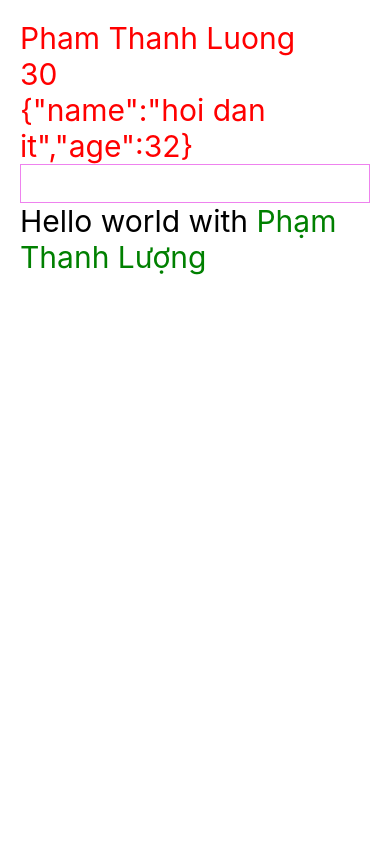
Repository: LuongPTCE181311/React-Native-Ultimate
Screen: /
These files come from the project's save history. The screen is drawn as it stood at one moment and after the next save; the edit follows.
The app was drawn by React Native's web renderer in a window 390 px wide. The project was rebuilt for these pictures with package versions that can differ from the ones it lists, and the page was loaded fresh each time. Some packages were replaced by stand-ins written for this rebuild.

Above is the screen before, as saved 2026-05-30 15:27:59.

### App.tsx
import { StatusBar } from 'expo-status-bar';
import { useState } from 'react';
import { StyleSheet, Text, TextInput, View } from 'react-native';


export default function App() {

  const [name, setName] = useState<string>("Pham Thanh Luong");

  const [age, setAge] = useState<number>(30);

  const [person, setPerson] = useState<{
    name: string;
    age: number;
  }>({
    name: "hoi dan it",
    age: 32
  })
  return (
    <View style={styles.container}>
      <View>
        <Text style={styles.text} >{name}</Text>
        <Text style={styles.text} >{age}</Text>
        <Text style={styles.text} >{JSON.stringify(person)}</Text>
        <TextInput style={styles.borderInput}/>
      </View>
      <Text style={styles.text2}>Hello world with
        <Text style={styles.greenColor}> Phạm Thanh Lượng</Text>
      </Text>
    </View>
  );
}

const styles = StyleSheet.create({
  greenColor: {
    color: "green"
  },
  text: {
    fontSize: 30,
    color: "red"
  },
  text2: {
    fontSize: 30
  },
  container: {
    flex: 1,
    backgroundColor: '#fff',
    // alignItems: 'center',
    // justifyContent: 'center'
    padding: 20,
  },
  borderInput: {
    borderColor: "violet",
    borderWidth: 1,
    padding: 10
  }
});

Loaded but not shown: index.ts (common file)

After the next save:
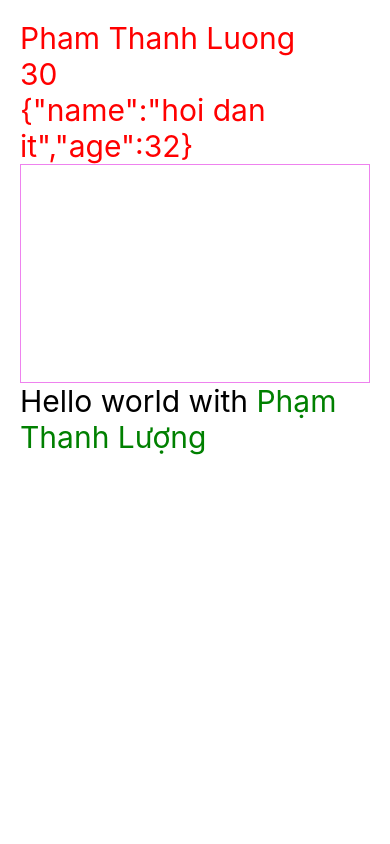
Saved 6 s later.
--- a/App.tsx
+++ b/App.tsx
@@ -52,6 +52,6 @@
   borderInput: {
     borderColor: "violet",
     borderWidth: 1,
-    padding: 10
+    padding: 100
   }
 });

After the save that followed:
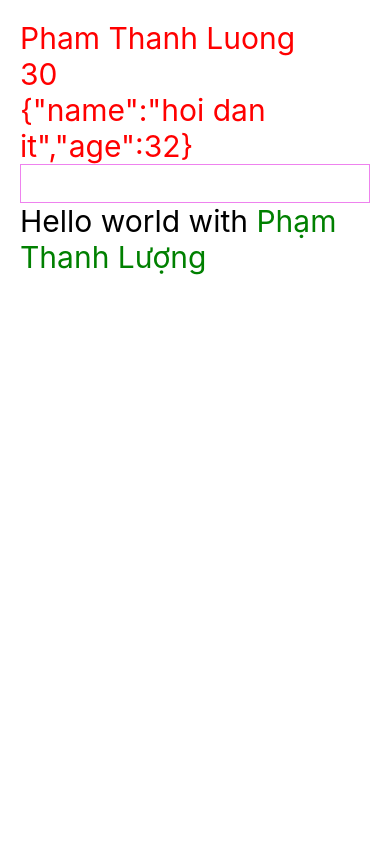
Saved 9 s later.
--- a/App.tsx
+++ b/App.tsx
@@ -52,6 +52,6 @@
   borderInput: {
     borderColor: "violet",
     borderWidth: 1,
-    padding: 100
+    paddingTop: 20
   }
 });
